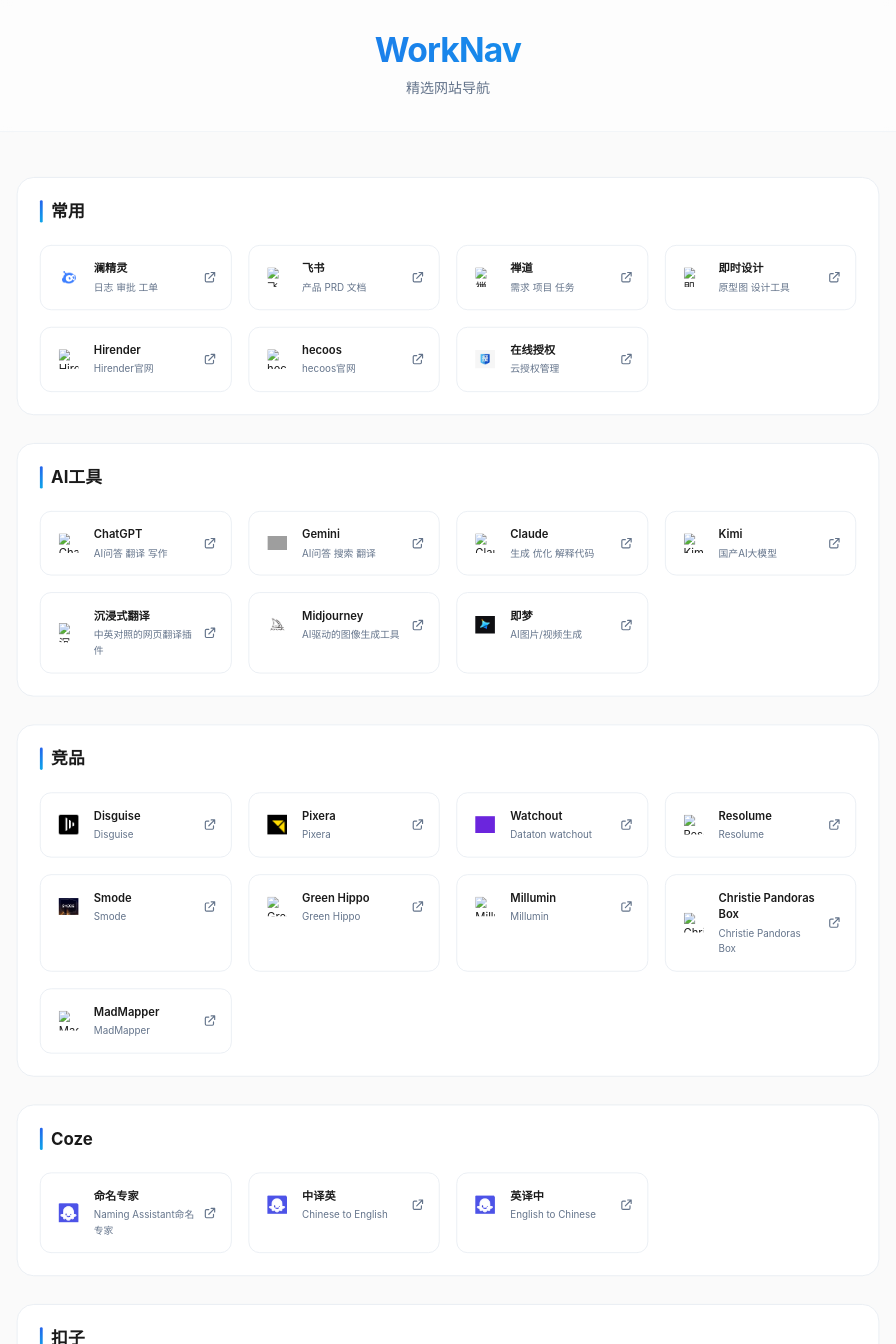
Repository: SweetPomelo0/WorkNav
Page: /
An editor plug-in stored every save of this project. The page is shown before and after the next save, followed by the edit.
The browser window is 1280 px wide. The pictures show the part of the page from y = 0 to 1920 px (the page is 3226 px tall before and 3130 px after), at 70% of full size.
Pictures or frames that could not be fetched are drawn as grey boxes. The project was rebuilt for these pictures with package versions that can differ from the ones it lists, and the page was loaded fresh each time. The framework's server and built-in components were replaced by stand-ins that run in the browser. Also part of the build but not shown: next.config.ts.

Above is the page before, as saved 2025-07-26 18:59:10.

After the next save:
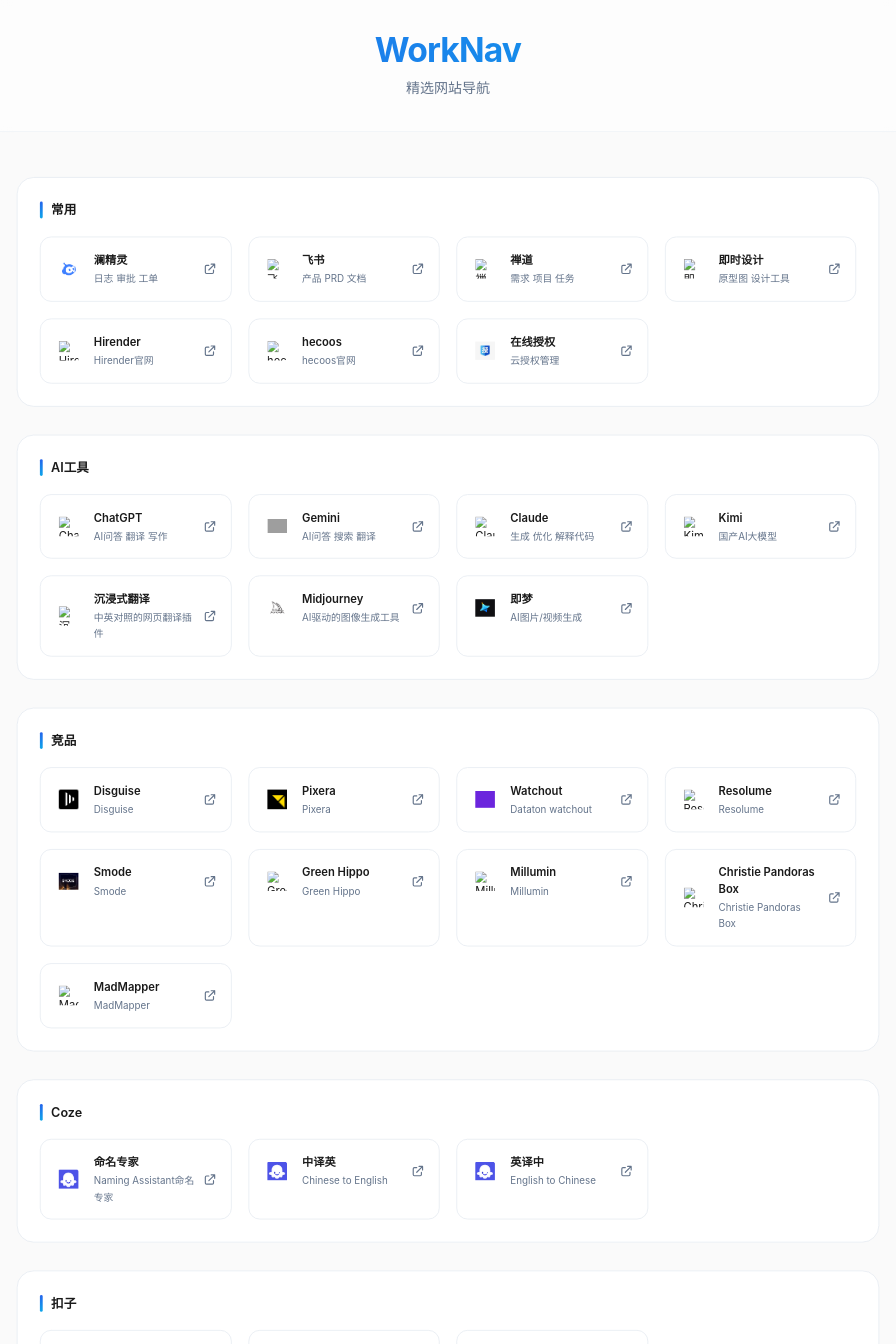
Saved 2 min 18 s later.
--- a/src/app/page.tsx
+++ b/src/app/page.tsx
@@ -101,10 +101,10 @@
           <div className="space-y-10">
             {categories.map((category, index) => (
               <div key={index} className="bg-card rounded-3xl border border-border p-8 hover:shadow-xl hover:shadow-primary/5 transition-all duration-300 hover:border-primary/20">
-                <h2 className="text-2xl font-bold mb-8 text-foreground flex items-center gap-3">
-                  <div className="w-1 h-8 bg-gradient-to-b from-primary to-accent rounded-full"></div>
-                  {category.title}
-                </h2>
+                <h2 className="text-lg font-semibold mb-6 text-foreground flex items-center gap-3">
+                   <div className="w-1 h-6 bg-gradient-to-b from-primary to-accent rounded-full"></div>
+                   {category.title}
+                 </h2>
                <div className="grid grid-cols-1 sm:grid-cols-2 lg:grid-cols-3 xl:grid-cols-4 gap-6">
                   {category.links.map((link, linkIndex) => (
                     <a

After the save that followed:
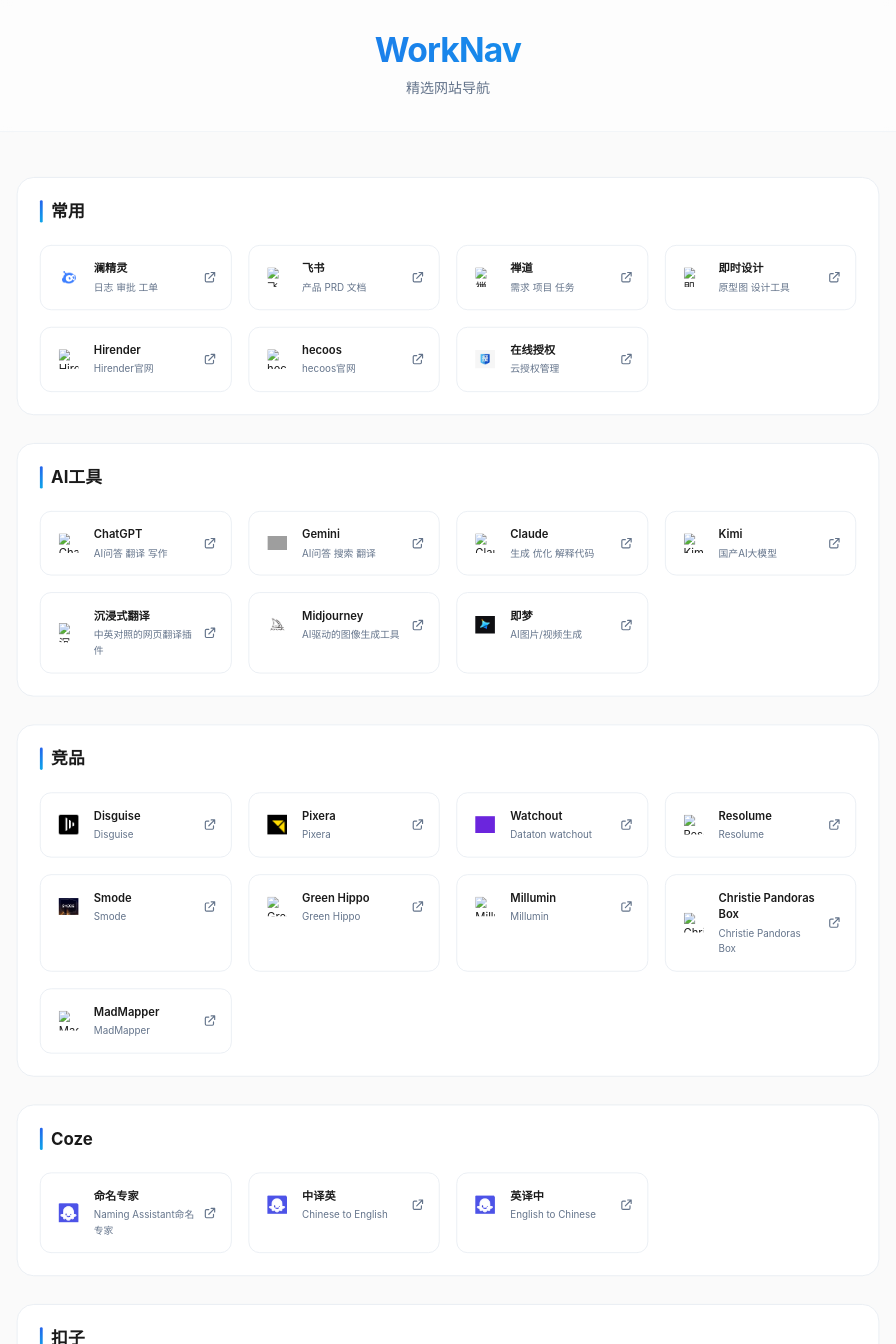
Saved 113 s later.
--- a/src/app/page.tsx
+++ b/src/app/page.tsx
@@ -101,10 +101,10 @@
           <div className="space-y-10">
             {categories.map((category, index) => (
               <div key={index} className="bg-card rounded-3xl border border-border p-8 hover:shadow-xl hover:shadow-primary/5 transition-all duration-300 hover:border-primary/20">
-                <h2 className="text-lg font-semibold mb-6 text-foreground flex items-center gap-3">
-                   <div className="w-1 h-6 bg-gradient-to-b from-primary to-accent rounded-full"></div>
-                   {category.title}
-                 </h2>
+                <h2 className="text-2xl font-bold mb-8 text-foreground flex items-center gap-3">
+                  <div className="w-1 h-8 bg-gradient-to-b from-primary to-accent rounded-full"></div>
+                  {category.title}
+                </h2>
                <div className="grid grid-cols-1 sm:grid-cols-2 lg:grid-cols-3 xl:grid-cols-4 gap-6">
                   {category.links.map((link, linkIndex) => (
                     <a
--- a/src/app/globals.css
+++ b/src/app/globals.css
@@ -44,7 +44,8 @@
 body {
   background: var(--background);
   color: var(--foreground);
-  font-family: -apple-system, BlinkMacSystemFont, 'Segoe UI', 'Roboto', 'Oxygen', 'Ubuntu', 'Cantarell', sans-serif;
+  font-family: -apple-system, BlinkMacSystemFont, "Segoe UI", "Roboto", "Oxygen",
+    "Ubuntu", "Cantarell", sans-serif;
   line-height: 1.6;
   -webkit-font-smoothing: antialiased;
   -moz-osx-font-smoothing: grayscale;
